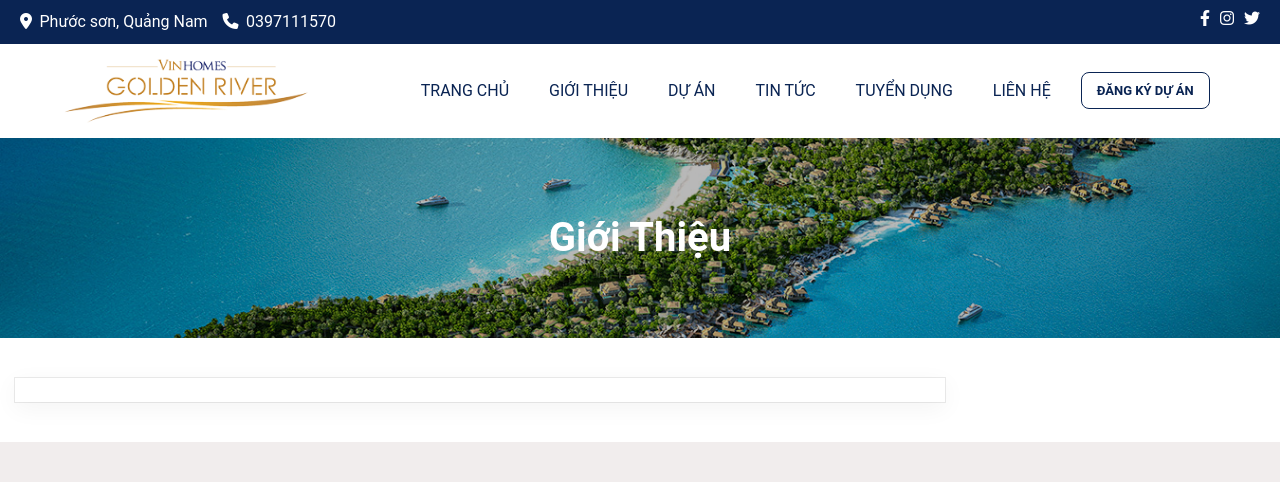
Repository: phamphuc2/fontend-bds
Page: about.html
These files come from the project's save history. The page is drawn as it stood at one moment and after the next save; the edit follows.
The browser window is 1280 px wide. The pictures show the part of the page from y = 0 to 482 px (the page is 937 px tall before and 1302 px after).
Pictures or frames that could not be fetched are drawn as grey boxes. Some web libraries are served in a nearby version.

Above is the page before, as saved 2022-06-23 16:03:21.

After the next save:
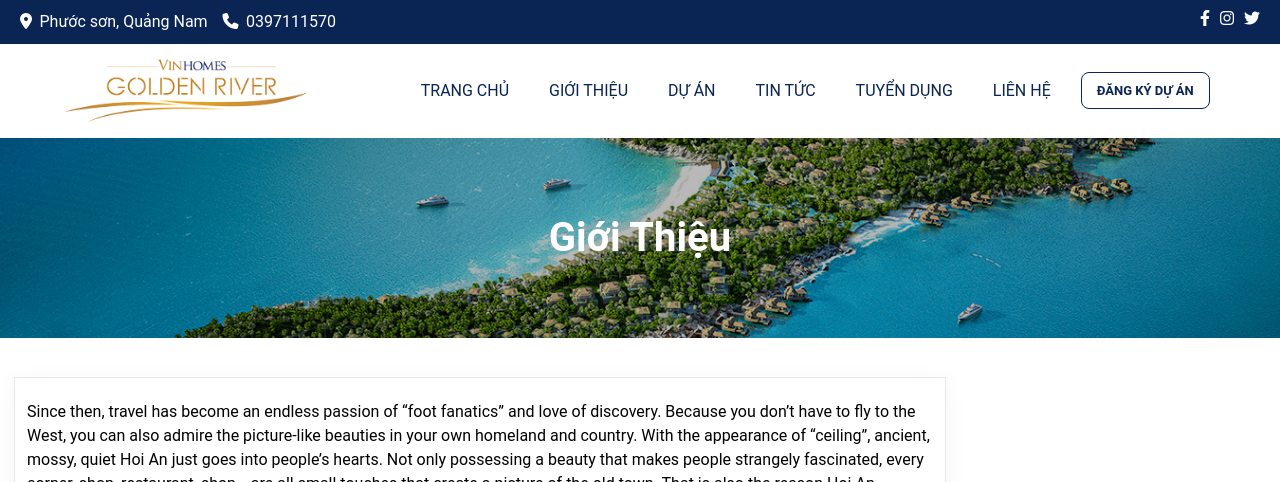
Saved 85 s later.
--- a/about.html
+++ b/about.html
@@ -200,21 +200,77 @@
             <h2 class="title">Giới Thiệu</h2>
         </div>
     </section>
-   <section class="page-about">
-
-    <div class="container">
-        <div class="row">
-            <div class="col-lg-9">
-               <div class="content">
-
-               </div>
-            </div>
-            <div class="col-lg-3">
-
-            </div>
-        </div>
-    </div>
-   </section>
+    <section class="page-about">
+
+        <div class="container">
+            <div class="row">
+                <div class="col-lg-9">
+                    <div class="content">
+                       <p>
+                        Since then, travel has become an endless passion of “foot fanatics” and love of discovery.
+                        Because you don’t have to fly to the West, you can also admire the picture-like beauties in your
+                        own homeland and country. With the appearance of “ceiling”, ancient, mossy, quiet Hoi An just
+                        goes into people’s hearts. Not only possessing a beauty that makes people strangely fascinated,
+                        every corner, shop, restaurant, shop… are all small touches that create a picture of the old
+                        town. That is also the reason Hoi An Cooking School was born to be able to provide you with the
+                        most useful information about Hoi An.
+                       </p>
+
+                        Location – Who are we?
+                        Hoi An Cooking School is rated as the leading electronic information site. A place to help you
+                        easily find the necessary information when you want to travel and explore Hoi An. We also
+                        receive the trust of many tourists. Because always ensure complete and accurate information.
+
+                        Not only ensures high accuracy, but also provides diverse information from cuisine and services.
+                        Until the super rewarding travel experiences. With our inherent experience and constant efforts,
+                        we promise to make your journey more complete. Besides providing useful information for travel
+                        followers. Hoi An Cooking School is also an ideal place for companies, services, etc. to choose
+                        to send gold too.
+
+                        Location – A place to find information and promote brands
+                        No matter who you are, what information you are looking for or what organization you are. We can
+                        all be of help to you. Not only providing useful information, units can also send information to
+                        https://Hoi An Cooking School/ . To be able to reach a wider audience. Not only bringing your
+                        information closer to customers, but also saving a lot of time and costs.
+
+                        Besides being a useful website of information. This is also an extremely effective marketing
+                        tool for those who want to promote their brand. Through this intermediary bridge, information of
+                        units and services will quickly reach the customers they are looking for. People who are in need
+                        of information about tourist attractions or services will also quickly find what they need.
+
+                        The strengths of Hoi An Cooking School
+                        Not only providing simple information, Hoi An Cooking School also possesses many more advantages
+                        than that.
+
+                        A place to keep secrets for those who want to explore Hoi An
+                        One of the outstanding advantages that you should not ignore is the accuracy of information.
+                        With a variety of information as well as rich in topics. You will quickly find the information
+                        you need when you need to explore Hoi An. This is also the optimal choice if you are still quite
+                        vague about the land full of nostalgia and dreams.
+
+                        The perfect plan to affirm the brand
+                        Not only that, this is also a great place for you to send information and promote your brand.
+                        What’s better than when you don’t have to spend too much. But still can reach customers easily
+                        and simply, right? Therefore, choosing to post information here is not only the perfect option
+                        but also extremely optimal for you.
+
+                        Dedicated and professional editorial staff
+                        To be able to bring accurate information source is thanks to a team of professional and
+                        dedicated editorial staff. In addition to extensive expertise and professional style. Employees
+                        always carefully check the accuracy of information before making it public and making it
+                        available to the public.
+
+                        Are you looking for an ideal place to eat in Hoi An or a romantic space in Hoi An? Or do you
+                        want to introduce and promote your products and services in Hoi An? Don’t worry because there is
+                        Hoi An Cooking School to provide you with the most professional search and promotion solution!
+                    </div>
+                </div>
+                <div class="col-lg-3">
+
+                </div>
+            </div>
+        </div>
+    </section>
 
 
     <!-- footer -->
